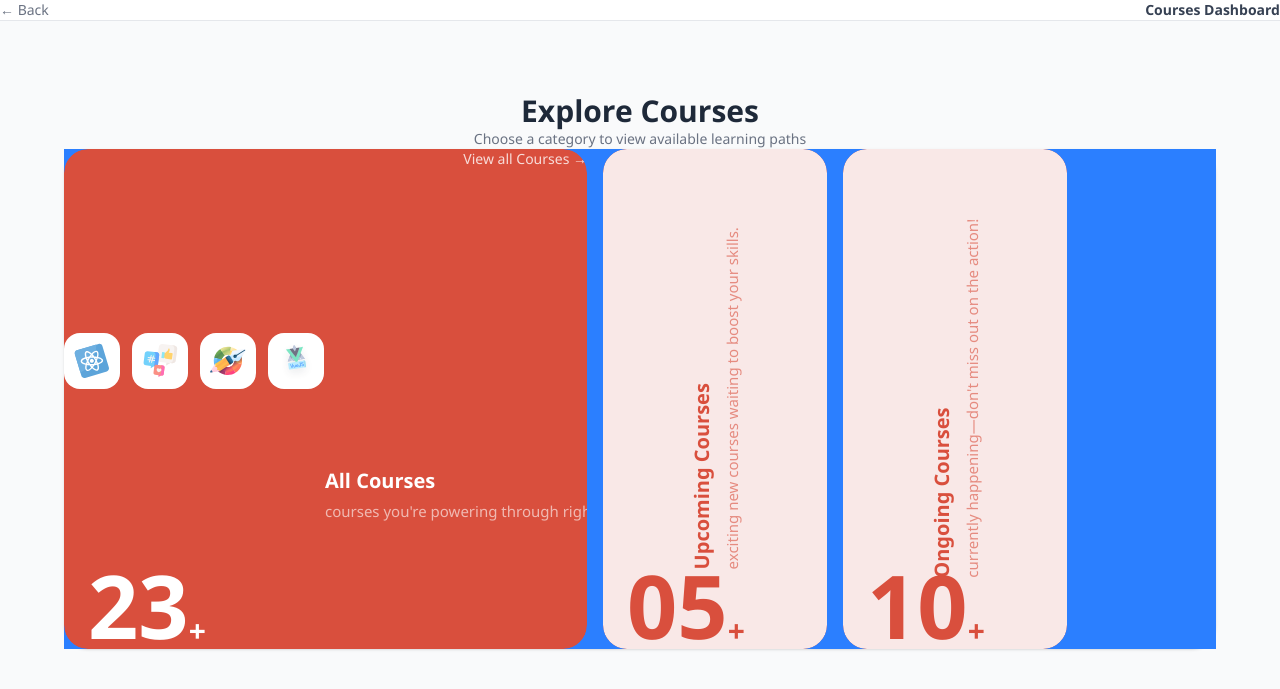
Repository: RahulRajKhadka/nextjs-dashboard-app
Page: /task2
An editor plug-in stored every save of this project. The page is shown before and after the next save, followed by the edit.
The browser window is 1280 px wide. The pictures show the whole page.
The project was rebuilt for these pictures with package versions that can differ from the ones it lists, and the page was loaded fresh each time. The framework's server and built-in components were replaced by stand-ins that run in the browser. Also part of the build but not shown: next.config.ts.

Above is the page before, as saved 2026-04-10 12:05:50.

### src/app/layout.tsx
import type { Metadata } from "next";
import "./globals.css";

export const metadata: Metadata = {
  title: "SkillShikshya Tasks",
  description: "Frontend & Logical Tasks",
};

export default function RootLayout({
  children,
}: {
  children: React.ReactNode;
}) {
  return (
    <html lang="en">
      <body>{children}</body>
    </html>
  );
}

### src/app/task2/page.tsx
"use client";
import dynamic from "next/dynamic";
import Link from "next/link";

const CourseCards = dynamic(() => import("@/components/task2/CourseCards"), {
  loading: () => (
    <div className="flex items-center justify-center h-[300px] text-gray-400 text-sm">
      Loading courses...
    </div>
  ),
  ssr: false,
});

export default function Task2Page() {
  return (
    <main className="min-h-screen bg-gray-50 flex flex-col">

      {/* Top Bar */}
      <div className="flex items-center justify-between px-6 md:px-10 py-4 border-b border-gray-200 bg-white">
        <Link
          href="/"
          className="text-sm text-gray-500 hover:text-gray-900 transition-colors"
        >
          ← Back
        </Link>

        <span className="text-sm font-semibold text-gray-700">
          Courses Dashboard
        </span>
      </div>

      {/* Centered Content */}
      <div className="flex-1 flex items-center justify-center px-4 py-10">

        <div className="w-full max-w-6xl">

          {/* Heading */}
          <div className="mb-8 text-center mt-10">
            <h1 className="text-3xl font-bold text-gray-800">
              Explore Courses
            </h1>
            <p className="text-gray-500 text-sm mt-2">
              Choose a category to view available learning paths
            </p>
          </div>

          {/* Cards */}
          <div className="bg-white rounded-3xl shadow-sm p-4 md:p-6">
            <CourseCards />
          </div>

        </div>

      </div>
    </main>
  );
}

### src/app/globals.css
@import "tailwindcss";

* {
  margin: 0;
  padding: 0;
  box-sizing: border-box;
}

html {
  scroll-behavior: smooth;
}

body {
  font-family: "Segoe UI", sans-serif;
  background-color: #f5f5f5;
}

.vertical-text {
  writing-mode: vertical-rl;
  transform: rotate(180deg);
}

### src/components/task2/CourseCard.tsx
"use client";

import Image from "next/image";
import { useRef, useLayoutEffect } from "react";
import { CourseCard as CourseCardType } from "@/types";
import gsap from "gsap";

interface Props {
  course: CourseCardType;
  isExpanded: boolean;
  onClick: () => void;
  direction: "left" | "right";
  isLeftmost?: boolean;
}

export default function CourseCard({
  course,
  isExpanded,
  onClick,
  direction,
  isLeftmost = false,
}: Props) {
  const numberRef = useRef<HTMLDivElement>(null);
  const collapsedLabelRef = useRef<HTMLDivElement>(null);
  const iconsRef = useRef<(HTMLSpanElement | null)[]>([]);
  const topbarRef = useRef<HTMLDivElement>(null);
  const expandedViewRef = useRef<HTMLDivElement>(null);
  const circleRef = useRef<HTMLDivElement>(null);

  useLayoutEffect(() => {
    if (!numberRef.current || !collapsedLabelRef.current) return;

    if (isExpanded) {
      // Show expanded view first so we can measure
      gsap.set(expandedViewRef.current, { display: "grid" });

      // Measure delta: label center → beside number (bottom-left)
      const labelRect = collapsedLabelRef.current.getBoundingClientRect();
      const numberRect = numberRef.current.getBoundingClientRect();

      // We want label to land to the RIGHT of the number
      const targetX = numberRect.right + 12 - (labelRect.left + labelRect.width / 2);
      const targetY = numberRect.bottom - labelRect.height / 2 - labelRect.top - labelRect.height / 2;

      // Circle wipe
      gsap.to(circleRef.current, {
        clipPath: "circle(0% at 0% 100%)",
        duration: 1.5,
        ease: "power3.inOut",
      });

      // Topbar
      const topbarFromX = direction === "left" ? 80 : -80;
      gsap.fromTo(
        topbarRef.current,
        { opacity: 0, y: -10, x: topbarFromX },
        { opacity: 1, y: 0, x: 0, duration: 0.5, delay: 0.25 }
      );

      // Icons
      const iconsFromX = direction === "left" ? 150 : -150;
      gsap.set(iconsRef.current, { x: iconsFromX, opacity: 0 });
      iconsRef.current.forEach((icon, i) => {
        gsap.to(icon, {
          x: 0,
          opacity: 1,
          duration: 0.5,
          delay: 0.25 + i * 0.1,
        });
      });

      // Number color
      gsap.to(numberRef.current, {
        color: "#ffffff",
        duration: 0.5,
        delay: 0.2,
      });

      // Label: rotate -90 → 0 while traveling right to beside the number
      gsap.fromTo(
        collapsedLabelRef.current,
        {
          rotation: -90,
          x: 0,
          y: 0,
          color: course.textColor,
        },
        {
          rotation: 0,
          x: targetX,
          y: targetY,
          color: "#ffffff",
          duration: 2,
          delay: 0,
          ease: "power2.inOut",
        }
      );
    } else {
      // Circle back
      gsap.to(circleRef.current, {
        clipPath: "circle(130% at 0% 80%)",
        duration: 0.7,
      });

      gsap.set(expandedViewRef.current, { display: "none", delay: 0.3 });

      // Number color back
      gsap.to(numberRef.current, {
        color: course.textColor,
        duration: 0.4,
      });

      // Label travels back and rotates back to -90
      gsap.to(collapsedLabelRef.current, {
        rotation: -90,
        x: 0,
        y: 0,
        color: course.textColor,
        duration: 2,
        ease: "power2.inOut",
      });
    }
  }, [isExpanded, direction]);

  return (
    <div
      onClick={onClick}
      className="relative rounded-3xl overflow-hidden cursor-pointer h-full w-full"
      style={{ backgroundColor: course.bgExpanded }}
    >
      {/* Background circle */}
      <div
        ref={circleRef}
        className="absolute inset-0 z-[1]"
        style={{
          backgroundColor: course.bg,
          clipPath: "circle(150% at 0% 100%)",
        }}
      />

      {/* NUMBER — always bottom-left */}
      <div className="absolute bottom-0 left-6 z-[3] flex items-end p-4 pointer-events-none">
        <div ref={numberRef} className="flex items-end" style={{ color: course.textColor }}>
          <span
            className="font-black leading-none"
            style={{
              fontSize: "clamp(3.5rem,7vw,5.5rem)",
              color: "inherit",
            }}
          >
            {String(course.count).padStart(2, "0")}
          </span>
          <span className="font-black text-3xl mb-2 ml-1" style={{ color: "inherit" }}>
            +
          </span>
        </div>
      </div>

      {/* SINGLE LABEL — always center, rotates and travels on expand */}
      <div className="absolute inset-0 z-[4] flex items-center justify-center pointer-events-none">
        <div
          ref={collapsedLabelRef}
          className="flex flex-col gap-1"
          style={{
            transform: "rotate(-90deg)",
            color: course.textColor,
          }}
        >
          <span className="font-bold text-[20px] whitespace-nowrap" style={{ color: "inherit" }}>
            {course.label}
          </span>
          <p className="text-[15px] opacity-60 whitespace-nowrap" style={{ color: "inherit" }}>
            {course.sublabel}
          </p>
        </div>
      </div>

      {/* EXPANDED VIEW — topbar + icons only */}
      <div
        ref={expandedViewRef}
        className="absolute inset-0 z-[2] p-5"
        style={{
          display: isExpanded ? "grid" : "none",
          gridTemplateRows: "auto 1fr auto",
        }}
      >
        {/* Row 1: topbar */}
        <div ref={topbarRef} className="flex justify-end mt-40">
          <span className="text-white/80 text-sm">View all Courses →</span>
        </div>

        {/* Row 2: icons */}
        <div className="flex gap-3 items-center">
          {course.icons?.map((iconPath, i) => (
            <span
              key={i}
              ref={(el) => (iconsRef.current[i] = el)}
              className="w-14 h-14 rounded-2xl bg-white flex items-center justify-center"
            >
              <Image src={iconPath} alt="" width={36} height={36} />
            </span>
          ))}
        </div>

        {/* Row 3: empty — number and label are absolute, they land here */}
        <div className="h-24" />
      </div>
    </div>
  );
}

### src/components/task2/courseCardsData.ts
import { CourseCard } from "@/types";

export const courseCardsData: CourseCard[] = [
  {
    id: 1,
    count: "23",
    label: "All Courses",
    sublabel: "courses you're powering through right now.",
    bg: "#F9E8E7",        // ← was "#D94F3D", should be light pink
    textColor: "#D94F3D",  // ← was "white", red for collapsed state
    bgExpanded: "#D94F3D",
    icons: ["/images/react.svg", "/images/likes.svg", "/images/design.svg", "/images/view.svg"],
  },
  {
    id: 2,
    count: "05",
    label: "Upcoming Courses",
    sublabel: "exciting new courses waiting to boost your skills.",
    bg: "#F9E8E7",
    textColor: "#D94F3D",
    bgExpanded: "#D94F3D",
    icons: ["/images/react.svg", "/images/likes.svg", "/images/design.svg", "/images/view.svg"],
  },
  {
    id: 3,
    count: "10",
    label: "Ongoing Courses",
    sublabel: "currently happening—don't miss out on the action!",
    bg: "#F9E8E7",
    textColor: "#D94F3D",
    bgExpanded: "#D94F3D",
    icons: ["/images/react.svg", "/images/likes.svg", "/images/design.svg", "/images/view.svg"],
  },
];

Loaded but not shown: src/components/task2/CourseCards.tsx (124 lines, source omitted)

After the next save:
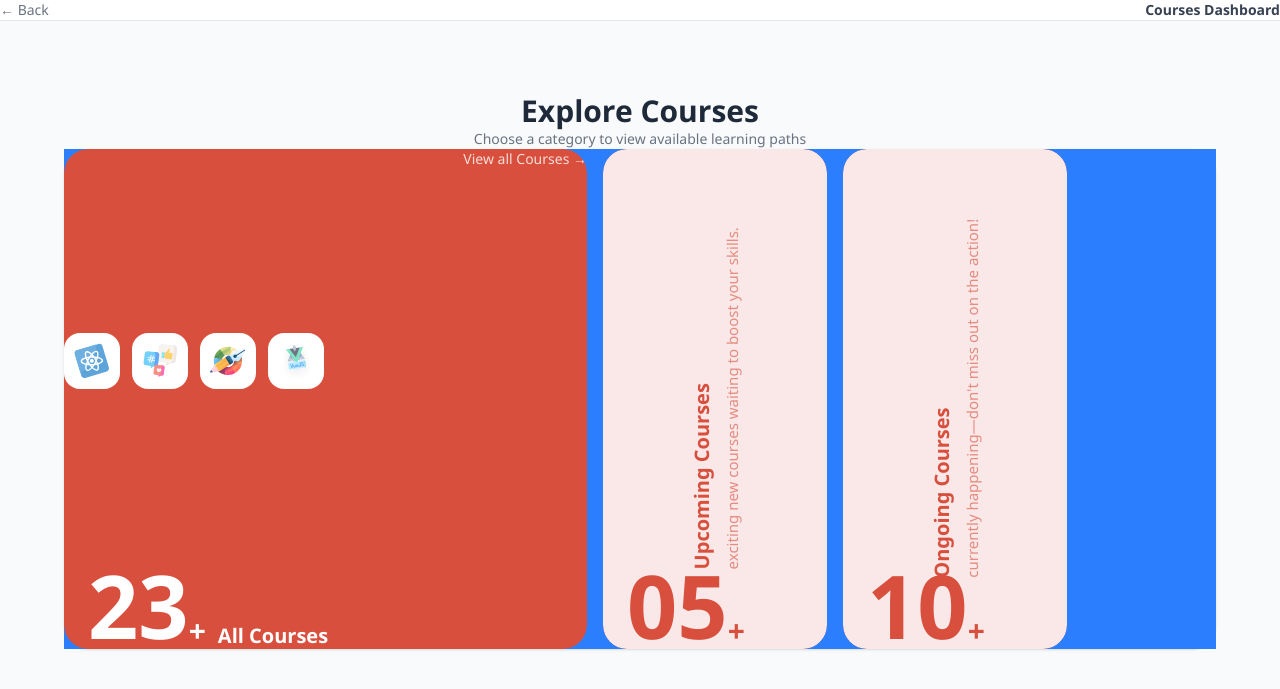
Saved 10 min 24 s later.
--- a/src/components/task2/CourseCard.tsx
+++ b/src/components/task2/CourseCard.tsx
@@ -30,22 +30,29 @@
   useLayoutEffect(() => {
     if (!numberRef.current || !collapsedLabelRef.current) return;
 
+    // 👉 Capture position BEFORE any layout change
+    const labelRect = collapsedLabelRef.current.getBoundingClientRect();
+    const numberRect = numberRef.current.getBoundingClientRect();
+
     if (isExpanded) {
-      // Show expanded view first so we can measure
+      // Show expanded content
       gsap.set(expandedViewRef.current, { display: "grid" });
 
-      // Measure delta: label center → beside number (bottom-left)
-      const labelRect = collapsedLabelRef.current.getBoundingClientRect();
-      const numberRect = numberRef.current.getBoundingClientRect();
-
-      // We want label to land to the RIGHT of the number
-      const targetX = numberRect.right + 12 - (labelRect.left + labelRect.width / 2);
-      const targetY = numberRect.bottom - labelRect.height / 2 - labelRect.top - labelRect.height / 2;
-
-      // Circle wipe
+      // Calculate movement
+      const targetX =
+        numberRect.right +
+        12 -
+        (labelRect.left + labelRect.width / 2);
+
+      const targetY =
+        numberRect.bottom -
+        labelRect.height / 2 -
+        (labelRect.top + labelRect.height / 2);
+
+      // Circle animation
       gsap.to(circleRef.current, {
         clipPath: "circle(0% at 0% 100%)",
-        duration: 1.5,
+        duration: 1.2,
         ease: "power3.inOut",
       });
 
@@ -61,22 +68,23 @@
       const iconsFromX = direction === "left" ? 150 : -150;
       gsap.set(iconsRef.current, { x: iconsFromX, opacity: 0 });
       iconsRef.current.forEach((icon, i) => {
+        if (!icon) return;
         gsap.to(icon, {
           x: 0,
           opacity: 1,
           duration: 0.5,
-          delay: 0.25 + i * 0.1,
+          delay: 0.3 + i * 0.1,
         });
       });
 
       // Number color
       gsap.to(numberRef.current, {
         color: "#ffffff",
-        duration: 0.5,
+        duration: 0.4,
         delay: 0.2,
       });
 
-      // Label: rotate -90 → 0 while traveling right to beside the number
+      // ✅ Label animation (NO JUMP)
       gsap.fromTo(
         collapsedLabelRef.current,
         {
@@ -90,37 +98,40 @@
           x: targetX,
           y: targetY,
           color: "#ffffff",
-          duration: 2,
-          delay: 0,
+          duration: 1.6,
           ease: "power2.inOut",
         }
       );
     } else {
-      // Circle back
+      // Collapse back
+
       gsap.to(circleRef.current, {
-        clipPath: "circle(130% at 0% 80%)",
+        clipPath: "circle(150% at 0% 100%)",
         duration: 0.7,
       });
 
-      gsap.set(expandedViewRef.current, { display: "none", delay: 0.3 });
-
-      // Number color back
+      gsap.set(expandedViewRef.current, {
+        display: "none",
+        delay: 0.3,
+      });
+
+      // Number back
       gsap.to(numberRef.current, {
         color: course.textColor,
         duration: 0.4,
       });
 
-      // Label travels back and rotates back to -90
+      // Label back to center
       gsap.to(collapsedLabelRef.current, {
         rotation: -90,
         x: 0,
         y: 0,
         color: course.textColor,
-        duration: 2,
+        duration: 1.6,
         ease: "power2.inOut",
       });
     }
-  }, [isExpanded, direction]);
+  }, [isExpanded, direction, course.textColor]);
 
   return (
     <div
@@ -138,9 +149,13 @@
         }}
       />
 
-      {/* NUMBER — always bottom-left */}
+      {/* NUMBER */}
       <div className="absolute bottom-0 left-6 z-[3] flex items-end p-4 pointer-events-none">
-        <div ref={numberRef} className="flex items-end" style={{ color: course.textColor }}>
+        <div
+          ref={numberRef}
+          className="flex items-end"
+          style={{ color: course.textColor }}
+        >
           <span
             className="font-black leading-none"
             style={{
@@ -150,14 +165,16 @@
           >
             {String(course.count).padStart(2, "0")}
           </span>
-          <span className="font-black text-3xl mb-2 ml-1" style={{ color: "inherit" }}>
-            +
-          </span>
+          <span className="font-black text-3xl mb-2 ml-1">+</span>
         </div>
       </div>
 
-      {/* SINGLE LABEL — always center, rotates and travels on expand */}
-      <div className="absolute inset-0 z-[4] flex items-center justify-center pointer-events-none">
+      {/* ✅ LABEL WRAPPER (FIXED) */}
+      <div
+        className={`absolute inset-0 z-[4] pointer-events-none ${
+          isExpanded ? "" : "flex items-center justify-center"
+        }`}
+      >
         <div
           ref={collapsedLabelRef}
           className="flex flex-col gap-1"
@@ -166,16 +183,16 @@
             color: course.textColor,
           }}
         >
-          <span className="font-bold text-[20px] whitespace-nowrap" style={{ color: "inherit" }}>
+          <span className="font-bold text-[20px] whitespace-nowrap">
             {course.label}
           </span>
-          <p className="text-[15px] opacity-60 whitespace-nowrap" style={{ color: "inherit" }}>
+          <p className="text-[15px] opacity-60 whitespace-nowrap">
             {course.sublabel}
           </p>
         </div>
       </div>
 
-      {/* EXPANDED VIEW — topbar + icons only */}
+      {/* EXPANDED VIEW */}
       <div
         ref={expandedViewRef}
         className="absolute inset-0 z-[2] p-5"
@@ -184,12 +201,14 @@
           gridTemplateRows: "auto 1fr auto",
         }}
       >
-        {/* Row 1: topbar */}
+        {/* Topbar */}
         <div ref={topbarRef} className="flex justify-end mt-40">
-          <span className="text-white/80 text-sm">View all Courses →</span>
-        </div>
-
-        {/* Row 2: icons */}
+          <span className="text-white/80 text-sm">
+            View all Courses →
+          </span>
+        </div>
+
+        {/* Icons */}
         <div className="flex gap-3 items-center">
           {course.icons?.map((iconPath, i) => (
             <span
@@ -202,7 +221,6 @@
           ))}
         </div>
 
-        {/* Row 3: empty — number and label are absolute, they land here */}
         <div className="h-24" />
       </div>
     </div>

After the save that followed:
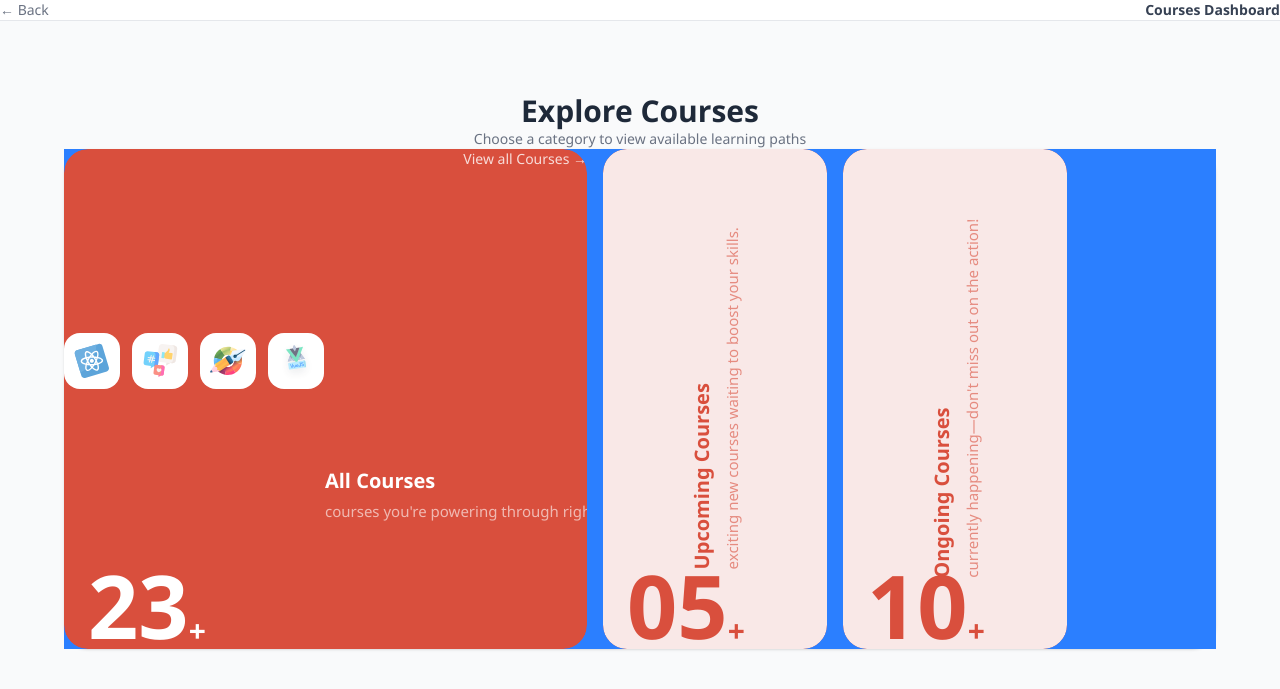
Saved 19 s later.
--- a/src/components/task2/CourseCard.tsx
+++ b/src/components/task2/CourseCard.tsx
@@ -30,29 +30,22 @@
   useLayoutEffect(() => {
     if (!numberRef.current || !collapsedLabelRef.current) return;
 
-    // 👉 Capture position BEFORE any layout change
-    const labelRect = collapsedLabelRef.current.getBoundingClientRect();
-    const numberRect = numberRef.current.getBoundingClientRect();
-
     if (isExpanded) {
-      // Show expanded content
+      // Show expanded view first so we can measure
       gsap.set(expandedViewRef.current, { display: "grid" });
 
-      // Calculate movement
-      const targetX =
-        numberRect.right +
-        12 -
-        (labelRect.left + labelRect.width / 2);
-
-      const targetY =
-        numberRect.bottom -
-        labelRect.height / 2 -
-        (labelRect.top + labelRect.height / 2);
-
-      // Circle animation
+      // Measure delta: label center → beside number (bottom-left)
+      const labelRect = collapsedLabelRef.current.getBoundingClientRect();
+      const numberRect = numberRef.current.getBoundingClientRect();
+
+      // We want label to land to the RIGHT of the number
+      const targetX = numberRect.right + 12 - (labelRect.left + labelRect.width / 2);
+      const targetY = numberRect.bottom - labelRect.height / 2 - labelRect.top - labelRect.height / 2;
+
+      // Circle wipe
       gsap.to(circleRef.current, {
         clipPath: "circle(0% at 0% 100%)",
-        duration: 1.2,
+        duration: 1.5,
         ease: "power3.inOut",
       });
 
@@ -68,23 +61,22 @@
       const iconsFromX = direction === "left" ? 150 : -150;
       gsap.set(iconsRef.current, { x: iconsFromX, opacity: 0 });
       iconsRef.current.forEach((icon, i) => {
-        if (!icon) return;
         gsap.to(icon, {
           x: 0,
           opacity: 1,
           duration: 0.5,
-          delay: 0.3 + i * 0.1,
+          delay: 0.25 + i * 0.1,
         });
       });
 
       // Number color
       gsap.to(numberRef.current, {
         color: "#ffffff",
-        duration: 0.4,
+        duration: 0.5,
         delay: 0.2,
       });
 
-      // ✅ Label animation (NO JUMP)
+      // Label: rotate -90 → 0 while traveling right to beside the number
       gsap.fromTo(
         collapsedLabelRef.current,
         {
@@ -98,40 +90,37 @@
           x: targetX,
           y: targetY,
           color: "#ffffff",
-          duration: 1.6,
+          duration: 2,
+          delay: 0,
           ease: "power2.inOut",
         }
       );
     } else {
-      // Collapse back
-
+      // Circle back
       gsap.to(circleRef.current, {
-        clipPath: "circle(150% at 0% 100%)",
+        clipPath: "circle(130% at 0% 80%)",
         duration: 0.7,
       });
 
-      gsap.set(expandedViewRef.current, {
-        display: "none",
-        delay: 0.3,
-      });
-
-      // Number back
+      gsap.set(expandedViewRef.current, { display: "none", delay: 0.3 });
+
+      // Number color back
       gsap.to(numberRef.current, {
         color: course.textColor,
         duration: 0.4,
       });
 
-      // Label back to center
+      // Label travels back and rotates back to -90
       gsap.to(collapsedLabelRef.current, {
         rotation: -90,
         x: 0,
         y: 0,
         color: course.textColor,
-        duration: 1.6,
+        duration: 2,
         ease: "power2.inOut",
       });
     }
-  }, [isExpanded, direction, course.textColor]);
+  }, [isExpanded, direction]);
 
   return (
     <div
@@ -149,13 +138,9 @@
         }}
       />
 
-      {/* NUMBER */}
+      {/* NUMBER — always bottom-left */}
       <div className="absolute bottom-0 left-6 z-[3] flex items-end p-4 pointer-events-none">
-        <div
-          ref={numberRef}
-          className="flex items-end"
-          style={{ color: course.textColor }}
-        >
+        <div ref={numberRef} className="flex items-end" style={{ color: course.textColor }}>
           <span
             className="font-black leading-none"
             style={{
@@ -165,16 +150,14 @@
           >
             {String(course.count).padStart(2, "0")}
           </span>
-          <span className="font-black text-3xl mb-2 ml-1">+</span>
+          <span className="font-black text-3xl mb-2 ml-1" style={{ color: "inherit" }}>
+            +
+          </span>
         </div>
       </div>
 
-      {/* ✅ LABEL WRAPPER (FIXED) */}
-      <div
-        className={`absolute inset-0 z-[4] pointer-events-none ${
-          isExpanded ? "" : "flex items-center justify-center"
-        }`}
-      >
+      {/* SINGLE LABEL — always center, rotates and travels on expand */}
+      <div className="absolute inset-0 z-[4] flex items-center justify-center pointer-events-none">
         <div
           ref={collapsedLabelRef}
           className="flex flex-col gap-1"
@@ -183,16 +166,16 @@
             color: course.textColor,
           }}
         >
-          <span className="font-bold text-[20px] whitespace-nowrap">
+          <span className="font-bold text-[20px] whitespace-nowrap" style={{ color: "inherit" }}>
             {course.label}
           </span>
-          <p className="text-[15px] opacity-60 whitespace-nowrap">
+          <p className="text-[15px] opacity-60 whitespace-nowrap" style={{ color: "inherit" }}>
             {course.sublabel}
           </p>
         </div>
       </div>
 
-      {/* EXPANDED VIEW */}
+      {/* EXPANDED VIEW — topbar + icons only */}
       <div
         ref={expandedViewRef}
         className="absolute inset-0 z-[2] p-5"
@@ -201,14 +184,12 @@
           gridTemplateRows: "auto 1fr auto",
         }}
       >
-        {/* Topbar */}
+        {/* Row 1: topbar */}
         <div ref={topbarRef} className="flex justify-end mt-40">
-          <span className="text-white/80 text-sm">
-            View all Courses →
-          </span>
-        </div>
-
-        {/* Icons */}
+          <span className="text-white/80 text-sm">View all Courses →</span>
+        </div>
+
+        {/* Row 2: icons */}
         <div className="flex gap-3 items-center">
           {course.icons?.map((iconPath, i) => (
             <span
@@ -221,6 +202,7 @@
           ))}
         </div>
 
+        {/* Row 3: empty — number and label are absolute, they land here */}
         <div className="h-24" />
       </div>
     </div>
